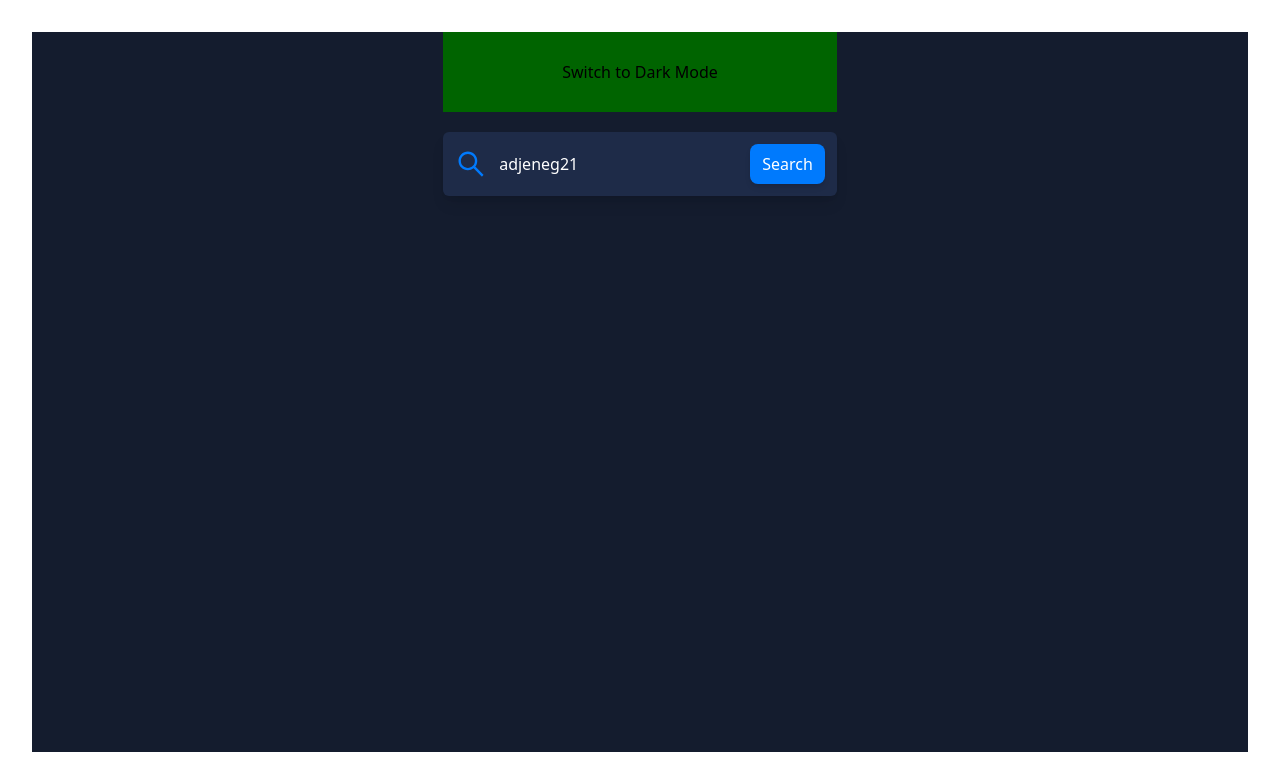
Repository: Gabriel221-dev/Git-Project
Page: /
The author's editor kept a copy of each file at every save. The page is drawn from the files as they stood at one save, then again after the next save.
The browser window is 1280 px wide. The pictures show the whole page.
The page's requests for data from a server got no answer. The project was rebuilt for these pictures with package versions that can differ from the ones it lists, and the page was loaded fresh each time. No one was signed in, and anything a server would have sent is missing. Also part of the build but not shown: vite.config.js, src/components/Preview/Preview.jsx.

Above is the page before, as saved 2024-06-28 12:02:22.

After the next save:
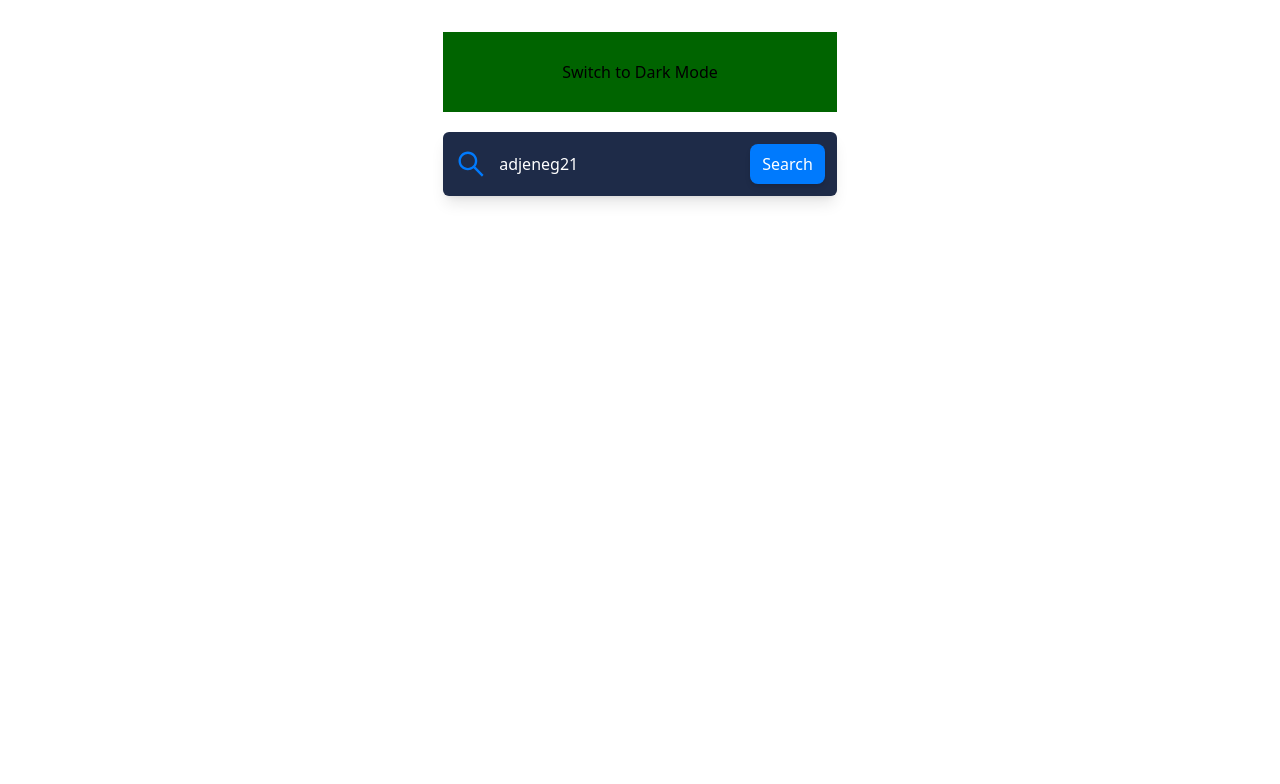
Saved 45 s later.
--- a/src/App.jsx
+++ b/src/App.jsx
@@ -52,7 +52,7 @@
   };
 
   return (
-    <div className="flex flex-col gap-5 h-screen w-full justify-center items-center bg-dark-bg">
+    <div className="flex flex-col gap-5 h-screen w-full justify-center items-center">
       <div
         className={`App ${
           isDarkMode ? "dark" : ""

After the save that followed:
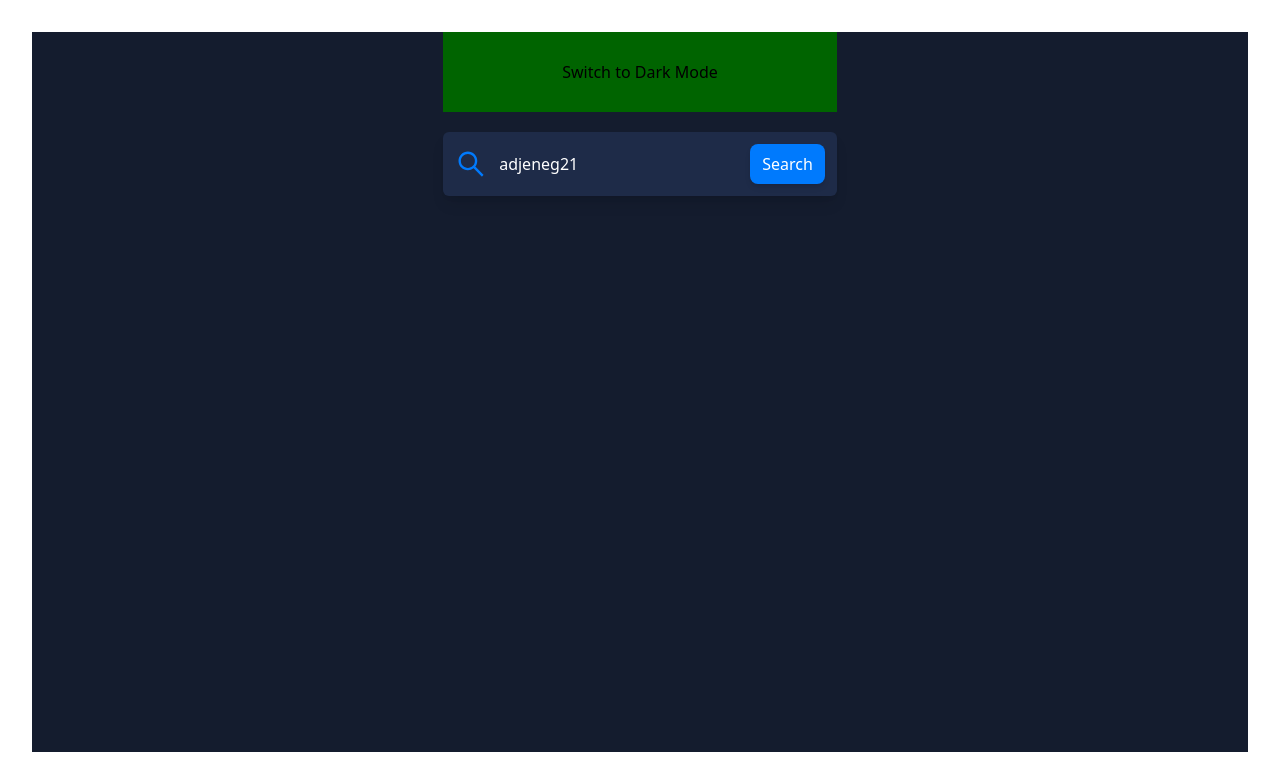
Saved 34 s later.
--- a/src/App.jsx
+++ b/src/App.jsx
@@ -52,7 +52,7 @@
   };
 
   return (
-    <div className="flex flex-col gap-5 h-screen w-full justify-center items-center">
+    <div className="flex flex-col gap-5 h-screen w-full justify-center items-center bg-dark-bg">
       <div
         className={`App ${
           isDarkMode ? "dark" : ""
